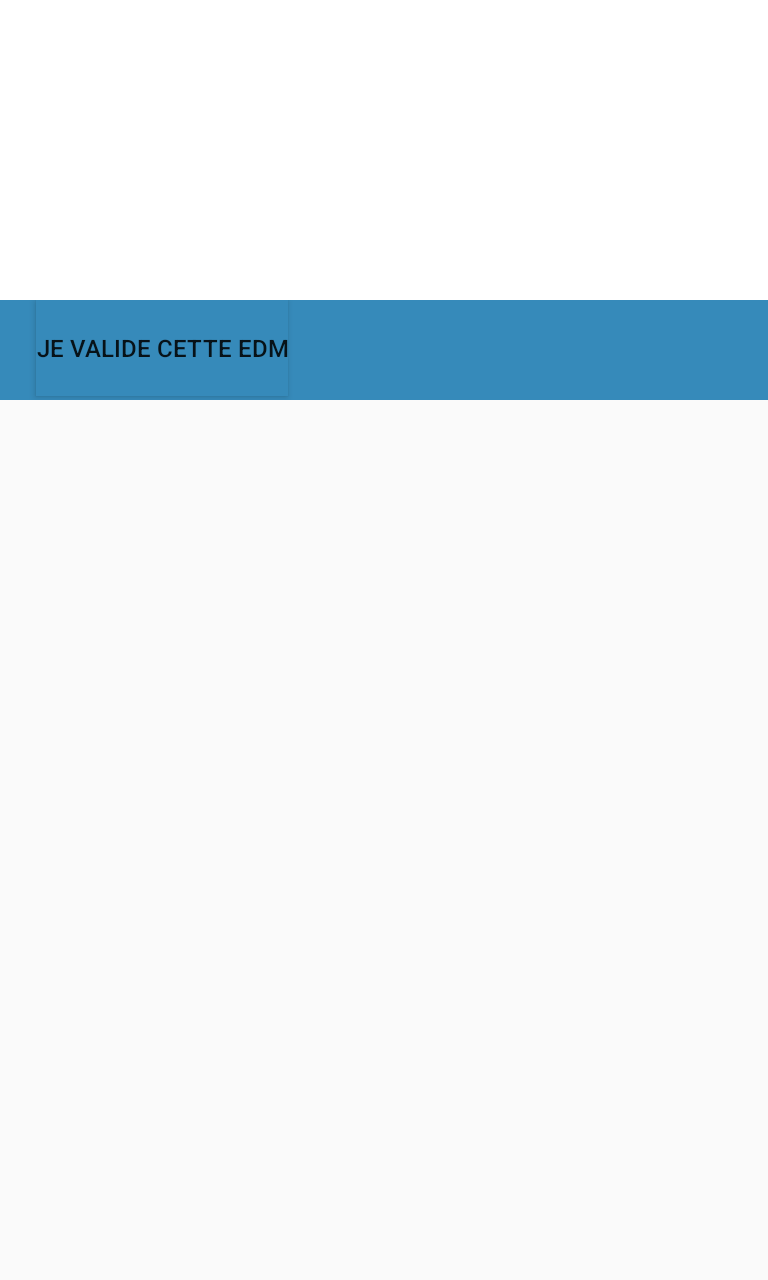
Repository: pierrealexvezinet/excusedemerde
Layout: edm/res/layout/edm_textview_layout.xml
The author's editor kept a copy of each file at every save. The layout is drawn from the files as they stood at one save, then again after the next save.
It is drawn on a 768 x 1280 px phone screen (xhdpi) without system bars, with theme Theme.AppCompat.Light; the app's code is not run.

Above is the layout before, as saved 2014-02-16 22:31:30.

### edm/res/layout/edm_textview_layout.xml
<?xml version="1.0" encoding="utf-8"?>
<LinearLayout xmlns:android="http://schemas.android.com/apk/res/android"
    android:id="@+id/edm_accueil_llt"
    android:layout_width="match_parent"
    android:layout_height="match_parent"
    android:orientation="vertical" >

    <RelativeLayout
        android:layout_width="match_parent"
        android:layout_height="150dp"
        android:background="@color/edm_blue_dark_background"
        android:orientation="vertical" >

        <TextView
            android:id="@+id/tv_edm_post"
            android:layout_width="match_parent"
            android:layout_height="match_parent"
            android:background="#FFFFFF"
            android:gravity="center_vertical"
            android:minHeight="?android:attr/listPreferredItemHeight"
            android:paddingLeft="6dip"
            android:textAppearance="?android:attr/textAppearanceLarge"
            android:textColor="#000000"
            android:textSize="12sp" />
    </RelativeLayout>

    <RelativeLayout
        android:layout_width="match_parent"
        android:layout_height="50dp"
        android:background="@color/btn_forum_color"
        android:orientation="vertical" >

        <RelativeLayout
            android:layout_width="match_parent"
            android:layout_height="match_parent"
            android:background="@color/edm_blue_dark_background"
            android:gravity="left" >

            <TextView
                android:id="@+id/tv_edm_post_date"
                android:layout_width="wrap_content"
                android:layout_height="fill_parent"
                android:gravity="center"
                android:minHeight="?android:attr/listPreferredItemHeight"
                android:paddingLeft="6dip"
                android:textAppearance="?android:attr/textAppearanceLarge"
                android:textColor="@color/white"
                android:textSize="12sp" />

            <TextView
                android:id="@+id/tv_edm_post_hour"
                android:layout_width="wrap_content"
                android:layout_height="fill_parent"
                android:layout_toRightOf="@id/tv_edm_post_date"
                android:gravity="center_vertical"
                android:minHeight="?android:attr/listPreferredItemHeight"
                android:paddingLeft="6dip"
                android:textAppearance="?android:attr/textAppearanceLarge"
                android:textColor="@color/white"
                android:textSize="12sp" />

            <TextView
                android:id="@+id/tv_edm_post_auteur"
                android:layout_width="wrap_content"
                android:layout_height="fill_parent"
                android:layout_toRightOf="@+id/tv_edm_post_hour"
                android:gravity="center_vertical"
                android:minHeight="?android:attr/listPreferredItemHeight"
                android:paddingLeft="6dip"
                android:textAppearance="?android:attr/textAppearanceLarge"
                android:textColor="@color/white"
                android:textSize="12sp" />

            <Button
                android:id="@+id/bt_valider_edm"
                android:layout_width="wrap_content"
                android:layout_height="wrap_content"
                android:layout_alignParentTop="true"
                android:layout_toRightOf="@+id/tv_edm_post_auteur"
                android:background="@color/edm_blue_dark_background"
                android:text="@string/text_btn_valider_edm"
                android:textSize="12sp" />
        </RelativeLayout>
    </RelativeLayout>

</LinearLayout>

### edm/res/values/colors.xml
<?xml version="1.0" encoding="utf-8"?>
<resources>

    <color name="edm_blue_background" >#AAD2E9</color>
    <color name="edm_blue_dark_background">#368ABA</color>
    <color name="btn_accueil_color">#D98E20</color>
    <color name="btn_forum_color">#97AC72</color>
    <color name="btn_shopping_color">#EA877B</color>
    <color name="btn_account_color">#D0AEC6</color>
    <color name="btn_pipotek_color">#C6CAFB</color>
    <color name="btn_parametres_color">#B877D6</color>


    <color name="bg_start">#000000</color>
    <color name="bg_end">#293436</color>
    <color name="bg_mentions_start">#529d07</color>
    <color name="bg_mentions_end">#d3ff00</color>
    <color name="bg">#FFF</color>
    <color name="bg_dialog">#adadad</color>
    <color name="catalog_titlebar_background">#60ab21</color>
    <color name="reduction_titlebar_background">#60ab21</color>
    <color name="menu_background">#FFF</color>
    <color name="menu_background_selected">#888</color>
    <color name="bg_selectedcell">#3C3A3A</color>
    <color name="bt_text">#352a26</color>
    <color name="text_info">#999999</color>
    <color name="text_green">#ADCB10</color>
    <color name="text_black">#000000</color>
    <color name="text_lightgrey">#989898</color>
    <color name="text_grey">#888888</color>
    <color name="blanc">#FFFFFF</color>
    <color name="white">#FFFFFF</color>
    <color name="debug">#33FF0000</color>
    <color name="debug2">#3300FF00</color>
    <color name="translucent_black">#AA000000</color>
    <color name="transparent">#00000000</color>
    <color name="pink">#D3007E</color>
    <color name="red">#F00</color>
    <color name="background">#88000000</color>
    <color name="pense_bete_text">#000000</color>
    <color name="my_list_parent_text">#181947</color>
    <color name="edm_green">#83af0b</color>
    <color name="edm_green_tap">#9eca32</color>
    <color name="edm_green_translucent">#CC83af0b</color>
    <color name="edm_green_translucent_tap">#CC9eca32</color>
    <color name="edm_pink">#cb0081</color>
    <color name="edm_pink_tap">#FF82C6</color>
    <color name="edm_pink_translucent">#CCcb0081</color>
    <color name="edm_pink_translucent_tap">#CCFF82C6</color>
    <color name="edm_white_translucent">#CCFFFFFF</color>
    <color name="edm_black_translucent">#CC000000</color>
    <color name="edm_grey_solid">#6f6d6d</color>
    <color name="edm_orange">#ff6c00</color>
    <color name="edm_light_orange">#ff912C</color>
    <color name="edm_white_cream">#efeae8</color>
    <color name="edm_cream_button">#f2eeec</color>
    <color name="edm_light_grey">#ccc2be</color>
    <color name="edm_black">#181947</color>
    <color name="edm_dark_grey">#a5918a</color>
    <color name="edm_dark_grey_translucent">#CCa5918a</color>
    <color name="edm_button_gray_text">#a5918a</color>
    <color name="edm_button_gray_background">#CCefeae8</color>
    <color name="edm_button_gray_deactivated_text">#efeae8</color>
    <color name="edm_button_gray_deactivated_background">#CCffffff</color>

</resources>

### edm/res/values/strings.xml
<?xml version="1.0" encoding="utf-8"?>
<resources>

    <!-- EDM GENERAL -->
    <string name="app_name">Excuse de merde</string>
    <string name="action_settings">Settings</string>
    <string name="drawer_open">Drawer ouvert</string>
    <string name="drawer_closed">Drawer fermé</string>
    <string name="ac_refresh">Refresh</string>

    <!-- EDM ALERT DIALOG PARAMETRES MES EDMS -->
    <string name="title_alert_dialog_retour_accueil">Information</string>
    <string name="button_valid_retour_accueil">Retourner à l\'accueil</string>
    <string name="message_aucunes_edms_utilisateur">Vous n\'avez pas d\'EDMs.</string>
    <string name="message_pas_connecte_voir_edms">Vous devez être connécté pour voir vos EDMs.</string>

    <!-- EDM ALERT DIALOG EDM FRAGMENT ACTIVITY CONNECTE POUR POSTER EDM -->
    <string name="title_alert_dialog_retour_to_post_edm">Attention</string>
    <string name="button_connect_me">Me connecter !</string>
    <string name="message_pas_connecte">Vous devez être connecté pour pouvoir poster des EDMs.</string>

    <!-- EDM MES EDMS -->
    <string name="app_name_mes_edms">Mes EDMs</string>

    <!-- EDM CLASSEMENT TOP TEN DES MYTHOS -->
    <string name="app_name_top_ten_des_mythos">Top 10 des mythos</string>

    <!-- EDM PROGRESS BAR -->
    <string name="chargement_en_cours">Chargement en cours</string>
    <string name="merci_de_patienter">Merci de patienter</string>

    <!-- EDM AUTHENTICATION -->
    <string name="app_name_authentication">Authentification</string>

    <!-- EDM ACCUEIL -->
    <string name="app_name_accueil">Accueil</string>

    <!-- EDM POSTER EDM -->
    <string name="app_name_poster_edm">Poster une EDM</string>
    <string name="poster_edm_bt">Poster une EDM</string>
    <string name="text_edm_to_post">Votre EDM se tape ici ...</string>
    <string name="text_edm_posted_with_succes">Votre EDM a été postée avec succès</string>
    <string name="text_btn_valider_edm">Je valide cette EDM</string>

    <!-- EDM ACCOUNT -->
    <string name="lieu_residence_user">Lieu de résidence :</string>
    <string name="civilite_user">Civilité :</string>
    <string name="date_naissance_user">Date de naissance :</string>
    <string name="visite_du_profil_user">Visite(s) du profil :</string>
    <string name="nb_commentaire_user">Commentaires :</string>
    <string name="nb_edms_user">Nombre de EDMs :</string>
    <string name="ma_photo">Ma photo :</string>
    <string name="non_renseigne">Aucun(e)</string>
    <string name="editer_profil">Editer mon profil</string>
    <string name="user_photo">user photo</string>

    <!-- EDM ROI DES MYTHOS -->
    <string name="app_name_roi_des_mythos">Roi des mythos</string>
    <string name="afficher_profil_roi_des_mythos">Afficher le profil</string>
    <string name="user_ne_souhaite_pas_partager_son_profil">Cet utilisateur n\'a pas souhaité partager les informations le concernant.</string>
    <string name="profil_user_hidden">Profil utlisateur caché</string>

    <!-- EDM EDIT ACCOUNT -->
    <string name="app_name_edition_profil">Edition profil</string>
    <string name="edit_civilite_user">Civilite</string>
    <string name="edit_date_de_naissance_user">Date de naissance</string>
    <string name="edit_ville_user">Résidence</string>
    <string name="edit_statut_user">Statut</string>
    <string name="edit_pays_user">Pays</string>
    <string name="edit_fuseau_user">user photo</string>
    <string name="edit_a_propos_user">A propos</string>
    <string name="edit_changer_photo_user">Avatar</string>
    <string name="edit_cacher_profil_user">Cacher Profil</string>
    <string name="valider_edition_edm">Valider</string>
    <string name="profil_mis_a_jour">Votre profil a correctement été mis à jour</string>

    <!-- EDM MENU DRAWER -->
    <string name="app_name_account">Mon Compte</string>
    <string name="drawer_menu_item_accueil">Accueil</string>
    <string name="drawer_menu_item_Forum">Forum</string>
    <string name="drawer_menu_item_Boutique">Boutique</string>
    <string name="drawer_menu_item_mon_compte">Mon compte</string>
    <string name="drawer_menu_item_pipotek">Pipotek</string>
    <string name="drawer_menu_item_parametres">Paramètres</string>

    <!-- EDM GENERAL -->


    <!-- EDM LOGIN -->
    <string name="pseudo_edm">Pseudo</string>
    <string name="password_edm">Mot de passe</string>
    <string name="remind_me_edm">Se souvenir de moi</string>
    <string name="connexion_edm">Connexion</string>

    <!-- EDM PARAMETRES -->
    <string name="app_name_parameters">Plus</string>
    <string name="mon_compte">MON COMPTE</string>
    <string name="forum">FORUM</string>
    <string name="boutique">BOUTIQUE</string>
    <string name="luminosite">LUMINOSITE</string>
    <string name="deconnexion">DECONNEXION</string>

    <!-- QUITTER EDM -->

    <string name="warning">Attention</string>
    <string name="quitt_edm_application">Souhaitez-vous vraiment quitter EDM ?</string>

</resources>

After the next save:
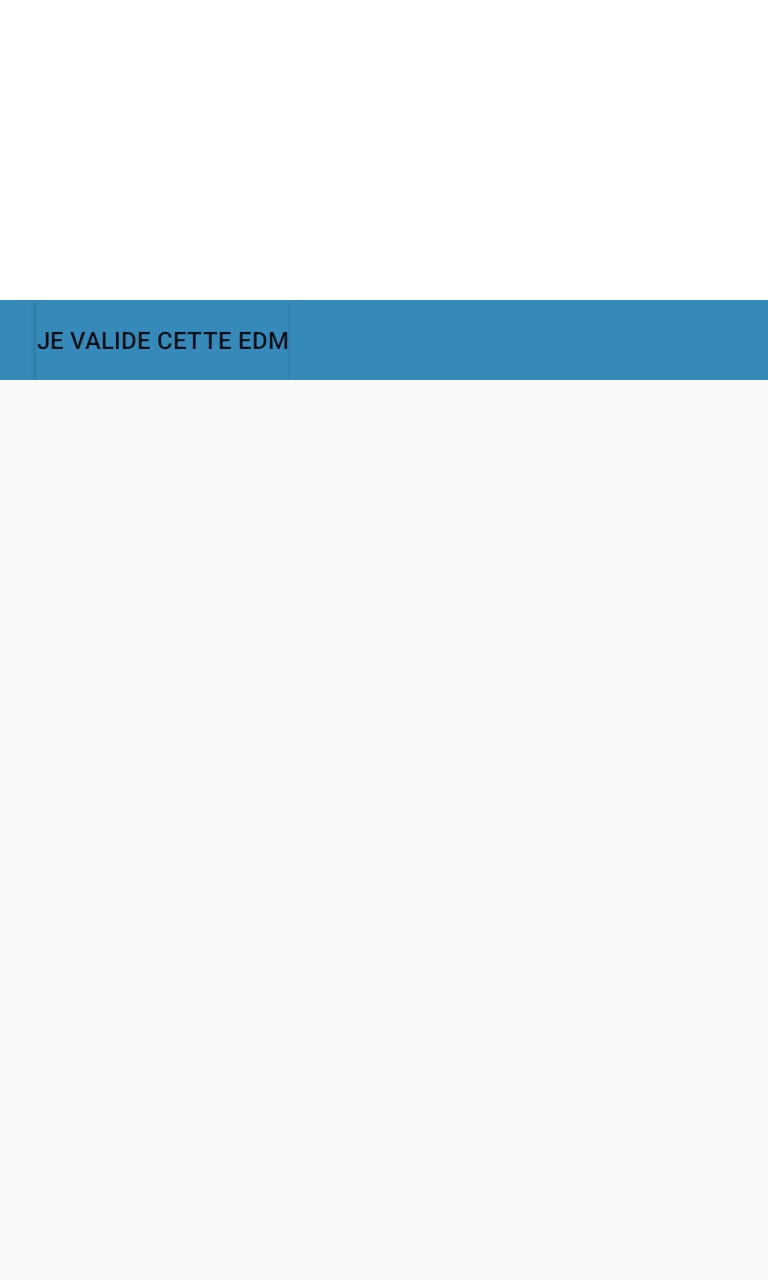
Saved 42 s later.
--- a/edm/res/layout/edm_textview_layout.xml
+++ b/edm/res/layout/edm_textview_layout.xml
@@ -26,7 +26,7 @@
 
     <RelativeLayout
         android:layout_width="match_parent"
-        android:layout_height="50dp"
+        android:layout_height="40dp"
         android:background="@color/btn_forum_color"
         android:orientation="vertical" >
 
